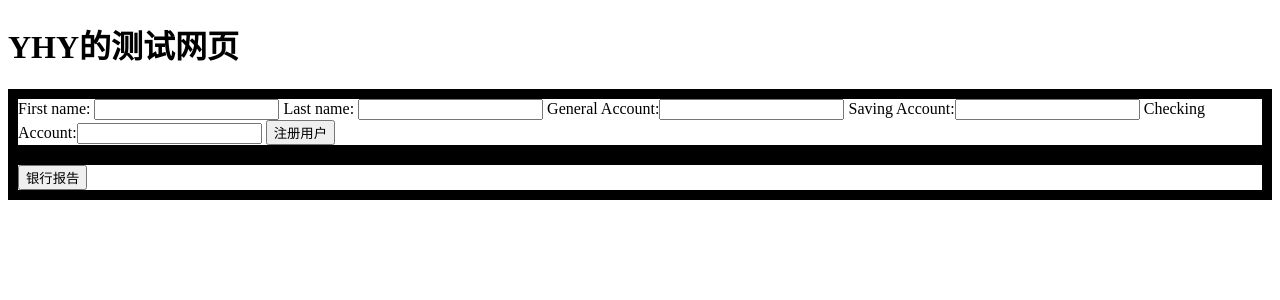
Repository: Darkmoon1/Bank-java-
Page: Bank/myBank/WebContent/home.html
The author's editor kept a copy of each file at every save. The page is drawn from the files as they stood at one save, then again after the next save.
The browser window is 1280 px wide. The pictures show the whole page.

Above is the page before, as saved 2017-07-13 17:54:34.

After the next save:
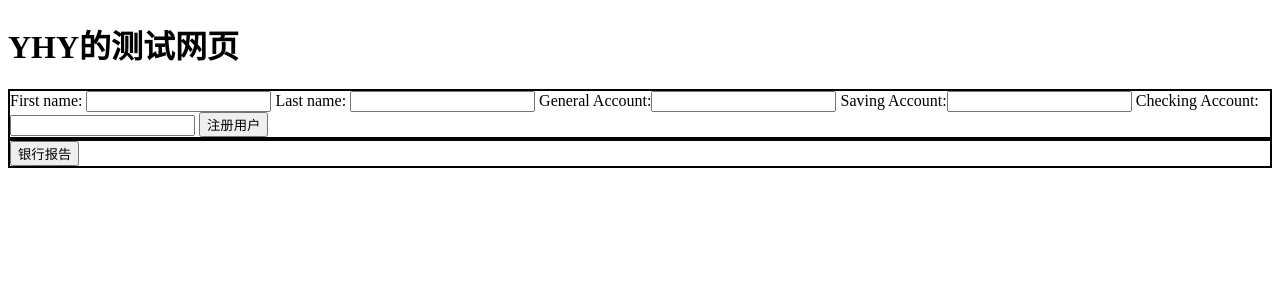
Saved 41 s later.
--- a/Bank/myBank/WebContent/home.html
+++ b/Bank/myBank/WebContent/home.html
@@ -9,7 +9,7 @@
     <script type="text/javascript" src="js/test.js"></script>
     <style type="text/css">
     div{
-    	border: 10px solid black;
+    	border: 2px solid black;
     }
 
 
